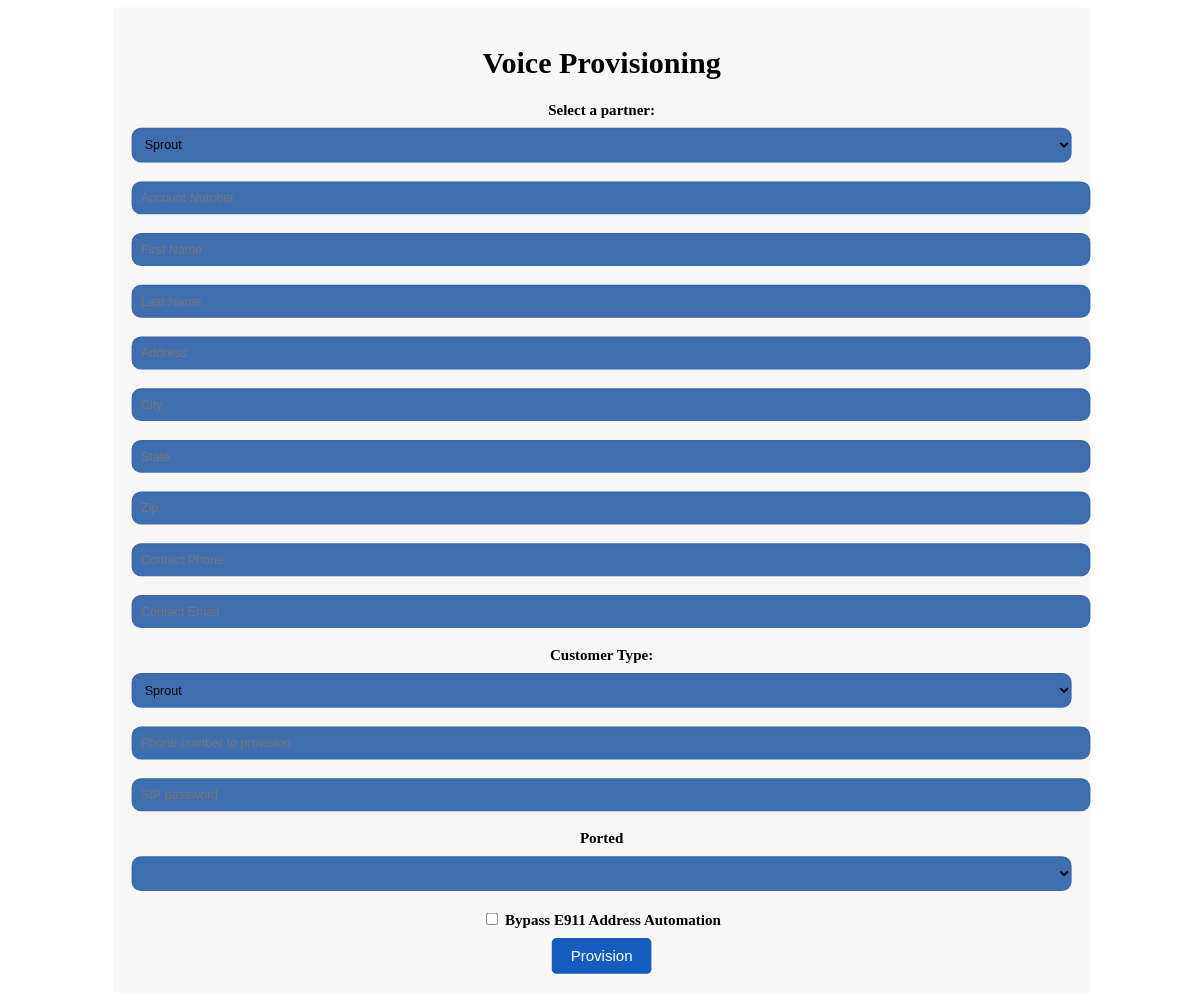
Repository: smallchungus/logiccom
Page: /
These files come from the project's save history. The page is drawn as it stood at one moment and after the next save; the edit follows.
The browser window is 1280 px wide. The pictures show the whole page, at 94% of full size.
The project was rebuilt for these pictures with package versions that can differ from the ones it lists, and the page was loaded fresh each time. Also part of the build but not shown: vite.config.ts.

Above is the page before, as saved 2023-05-04 11:41:32.

After the next save:
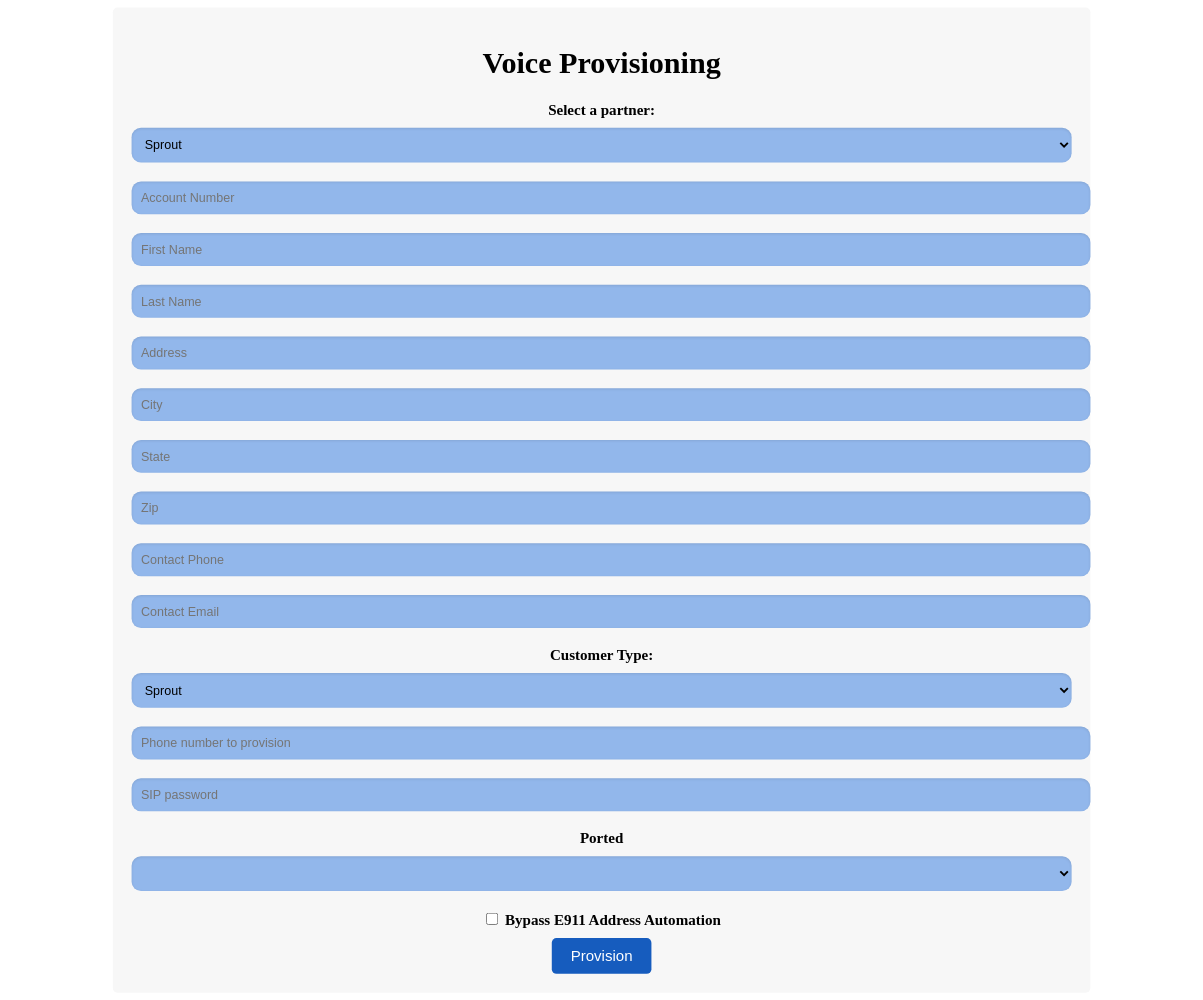
Saved 5 s later.
--- a/src/styles.css
+++ b/src/styles.css
@@ -24,7 +24,7 @@ header {
   input[type="text"],
   input[type="password"],
   select {
-    background-color: #3f6eb0;
+    background-color: #92b7eb;
     width: 100%;
     padding: 10px;
     border: none;
